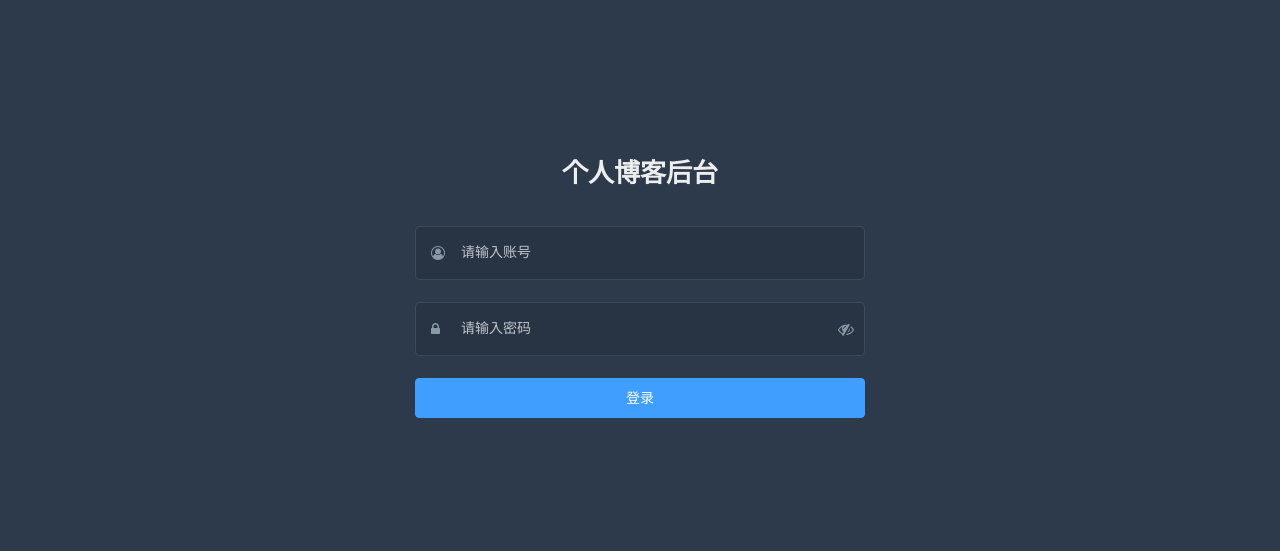
Repository: coWhy/blog-admin
Page: /#/login
These files come from the project's save history. The page is drawn as it stood at one moment and after the next save; the edit follows.
The browser window is 1280 px wide. The pictures show the whole page.
The page's requests for data from a server got no answer. The project was rebuilt for these pictures with package versions that can differ from the ones it lists, and the page was loaded fresh each time. No one was signed in, and anything a server would have sent is missing. Also part of the build but not shown: vue.config.js.

Above is the page before, as saved 2020-04-27 04:16:02.

### public/index.html
<!DOCTYPE html>
<html lang="en">
  <head>
    <meta charset="utf-8">
    <meta http-equiv="X-UA-Compatible" content="IE=edge">
    <meta name="viewport" content="width=device-width,initial-scale=1.0">
    <link rel="icon" href="<%= BASE_URL %>favicon.ico">
    <title><%= htmlWebpackPlugin.options.title %></title>
    <script type="text/javascript" src="./live2dw/lib/L2Dwidget.min.js"></script>
  </head>
  <body>
    <noscript>
      <strong>We're sorry but <%= htmlWebpackPlugin.options.title %> doesn't work properly without JavaScript enabled. Please enable it to continue.</strong>
    </noscript>
    <div id="app"></div>
    <!-- built files will be auto injected -->
  </body>
</html>

### src/main.js
import Vue from 'vue'
import App from './App.vue'
import router from './router'
import store from './store'
// 全局配置样式
import '@/assets/scss/reset.scss'
// 引入icon库
import '@/assets/font-awesome-4.7.0/css/font-awesome.css'
Vue.config.productionTip = false
// 第三方包
import ElementUI from 'element-ui'
import 'element-ui/lib/theme-chalk/index.css'
// 自定义注册全局插件
import http from '@/utils/http' // 自定义全局axios
Vue.use(ElementUI)
Vue.use(http)

new Vue({
  router,
  store,
  render: h => h(App)
}).$mount('#app')

### src/router/index.js
import Vue from 'vue'
import VueRouter from 'vue-router'
//当我们重复点击路由导航菜单的时候控制台会报错，错误的缘由是因为 vue-router 版本太新 解决办法
const originalPush = VueRouter.prototype.push
VueRouter.prototype.push = function push(location) {
  return originalPush.call(this, location).catch(err => err)
}
Vue.use(VueRouter)

const routes = [
  {
    path: '/login',
    name: 'login',
    component: () => import('@/views/login/index')
  },
  {
    path: '/',
    component: () => import('@/views/layout'),
    children: [
      {
        path: '/home',
        name: 'home',
        component: () => import('@/views/home')
      },
      {
        path: '/user',
        name: 'user',
        component: () => import('@/views/user')
      },
      {
        path: '/type',
        name: 'type',
        component: () => import('@/views/type')
      }
    ]
  }
]

const router = new VueRouter({
  routes
})

export default router

### src/store/index.js
import Vue from 'vue'
import Vuex from 'vuex'
import tag from './modules/tag'
import user from './modules/user'
Vue.use(Vuex)

export default new Vuex.Store({
  state: {},
  mutations: {},
  actions: {},
  modules: {
    tag,
    user
  }
})

### src/utils/http.js
// 自定义开发插件
import axios from 'axios'
import { getAccessToken } from '@/utils/auth'
import { MessageBox, Message } from 'element-ui'
const MyHttpServer = {}

MyHttpServer.install = Vue => {
  // 基准地址
  axios.defaults.baseURL = process.env.VUE_APP_BASE_API
  axios.defaults.timeout = 3000
  // 添加请求拦截器 token拦截
  axios.interceptors.request.use(
    config => {
      // 从cookie中拿出登录时候存放的访问token
      const accessToken = getAccessToken()
      if (accessToken) {
        config.headers['Authorization'] = accessToken
      }
      return config
    },
    error => {
      return Promise.reject(error)
    }
  )
  // 响应拦截
  axios.interceptors.response.use(
    response => {
      //  此处对不同状态码 进行不同的操作 比如404 跳转页面等
      const res = response.data
      // 假如访问不成功 就返回错误信息给前端 后端访问成功码为 0
      if (res.code && res.code !== 0) {
        Message({
          message: res.msg || '访问错误',
          type: 'error',
          duration: 5 * 1000
        })
      }

      return res
    },
    error => {
      return Promise.reject(error)
    }
  )
  Vue.prototype.$http = axios
}
export default MyHttpServer

### src/assets/scss/_variable.scss
// 全局配置样式 修改主题颜色
$theme-color: #33aef0;

// header部分
$header-bg-color:#626e85  // 头部背景色

### src/views/login/index.vue
<template>
  <div class="login-container">
    <el-form
      ref="loginForm"
      :model="loginForm"
      :rules="loginRules"
      class="login-form"
      auto-complete="on"
      label-position="left"
    >
      <div class="title-container">
        <h3 class="title">个人博客后台</h3>
      </div>

      <el-form-item prop="username">
        <span class="fa-container">
          <i class="fa fa-user-circle-o" aria-hidden="true"></i>
        </span>
        <el-input
          ref="username"
          v-model="loginForm.username"
          placeholder="请输入账号"
          name="username"
          type="text"
          tabindex="1"
          auto-complete="on"
        />
      </el-form-item>

      <el-form-item prop="password">
        <span class="fa-container">
          <i class="fa fa-lock" aria-hidden="true"></i>
        </span>
        <el-input
          :key="passwordType"
          ref="password"
          v-model="loginForm.password"
          :type="passwordType"
          placeholder="请输入密码"
          name="password"
          tabindex="2"
          auto-complete="on"
          @keyup.enter.native="handleLogin"
        />
        <span class="show-pwd" @click="showPwd">
          <i
            :class="
              passwordType === 'password' ? 'fa fa-eye-slash' : 'fa fa-eye'
            "
          />
        </span>
      </el-form-item>

      <el-button
        :loading="loading"
        type="primary"
        style="width:100%;margin-bottom:30px;"
        @click.native.prevent="handleLogin"
        >登录</el-button
      >
    </el-form>
  </div>
</template>

<script>
import { validUsername } from '@/utils/validate'

export default {
  name: 'Login',
  data() {
    const validateUsername = (rule, value, callback) => {
      if (!validUsername(value)) {
        callback(new Error('请输入用户名'))
      } else {
        callback()
      }
    }
    const validatePassword = (rule, value, callback) => {
      if (value.length < 5) {
        callback(new Error('密码不能小于6位数'))
      } else {
        callback()
      }
    }
    return {
      loginForm: {
        username: '',
        password: ''
      },
      loginRules: {
        username: [
          { required: true, trigger: 'blur', validator: validateUsername }
        ],
        password: [
          { required: true, trigger: 'blur', validator: validatePassword }
        ]
      },
      loading: false,
      passwordType: 'password',
      redirect: undefined
    }
  },
  watch: {
    $route: {
      handler: function(route) {
        this.redirect = route.query && route.query.redirect
      },
      immediate: true
    }
  },
  methods: {
    showPwd() {
      if (this.passwordType === 'password') {
        this.passwordType = ''
      } else {
        this.passwordType = 'password'
      }
      this.$nextTick(() => {
        this.$refs.password.focus()
      })
    },
    handleLogin() {}
  }
}
</script>

<style lang="scss">
$bg: #283443;
$light_gray: #fff;
$cursor: #fff;

@supports (-webkit-mask: none) and (not (cater-color: $cursor)) {
  .login-container .el-input input {
    color: $cursor;
  }
}

/* reset element-ui css */
.login-container {
  .el-input {
    display: inline-block;
    height: 47px;
    width: 85%;

    input {
      background: transparent;
      border: 0px;
      -webkit-appearance: none;
      border-radius: 0px;
      padding: 12px 5px 12px 15px;
      color: $light_gray;
      height: 47px;
      caret-color: $cursor;

      &:-webkit-autofill {
        box-shadow: 0 0 0px 1000px $bg inset !important;
        -webkit-text-fill-color: $cursor !important;
      }
    }
  }

  .el-form-item {
    border: 1px solid rgba(255, 255, 255, 0.1);
    background: rgba(0, 0, 0, 0.1);
    border-radius: 5px;
    color: #454545;
  }
}
</style>

<style lang="scss" scoped>
$bg: #2d3a4b;
$dark_gray: #889aa4;
$light_gray: #eee;

.login-container {
  min-height: 100%;
  width: 100%;
  background-color: $bg;
  overflow: hidden;

  .login-form {
    position: relative;
    width: 520px;
    max-width: 100%;
    padding: 160px 35px 0;
    margin: 0 auto;
    overflow: hidden;
  }

  .tips {
    font-size: 14px;
    color: #fff;
    margin-bottom: 10px;

    span {
      &:first-of-type {
        margin-right: 16px;
      }
    }
  }

  .fa-container {
    padding: 6px 5px 6px 15px;
    color: $dark_gray;
    vertical-align: middle;
    width: 30px;
    display: inline-block;
  }

  .title-container {
    position: relative;

    .title {
      font-size: 26px;
      color: $light_gray;
      margin: 0px auto 40px auto;
      text-align: center;
      font-weight: bold;
    }
  }

  .show-pwd {
    position: absolute;
    right: 10px;
    top: 7px;
    font-size: 16px;
    color: $dark_gray;
    cursor: pointer;
    user-select: none;
  }
}
</style>

### src/store/modules/tag.js
export default {
  state: {
    isCollapse: false, // 是否折叠菜单 默认展开
    menuList: [], // 菜单列表
    curMenu: null, // 点击选中的菜单
    tagList: [
      // 首页是不可关闭的
      {
        path: '/',
        name: 'home',
        title: '首页',
        icon: 'el-icon-s-home'
      }
    ] // 存放tags 点击后 就存到里面去
  },
  mutations: {
    /**
     * 将选中的menu赋值 给curMenu
     * @param {*} state
     * @param {*} selectedMenu 点击选中的菜单
     */
    getSelectedMenu(state, selectedMenu) {
      if (selectedMenu.name !== 'home') {
        state.curMenu = selectedMenu
        let result = state.tagList.findIndex(
          item => item.name === selectedMenu.name
        )
        if (result === -1) {
          // 没找到这个tag 就放进tagList
          state.tagList.push(selectedMenu)
        }
      } else {
        state.curMenu = null
      }
    },
    /**
     * 关闭已经打开的菜单
     * @param {*} state
     * @param {*} selectedTag 打开的菜单
     */
    closeSelectedTag(state, selectedTag) {
      let result = state.tagList.findIndex(
        item => item.name === selectedTag.name
      )
      state.tagList.splice(result, 1)
    },
    // 关闭 或 展开左侧菜单栏
    collapseAsideMenu(state) {
      state.isCollapse = !state.isCollapse
    }
  },
  actions: {}
}

### src/store/modules/user.js
import cookie from 'js-cookie'
export default {
  state: {
    accessToken: '', // 访问token
    refreshToken: '', // 刷新token
    username: '', // 用户名
    avatar: '' // 头像
  },
  mutations: {
    // 保存accessToken使用
    setAccessToken(state, accessToken) {
      state.accessToken = accessToken
      cookie.set('accessToken', accessToken)
    },
    getAccessToken(state) {
      state.accessToken = cookie.get('accessToken')
    },
    // 保存 refreshToken
    setRefreshToken(state, refreshToken) {
      state.refreshToken = refreshToken
      cookie.set('refreshToken', refreshToken)
    },
    getRefreshToken(state) {
      state.refreshToken = cookie.get('refreshToken')
    },
    // 保存用户名
    setUsername(state, username) {
      state.username = username
      cookie.set('username', username)
    },
    getUsername(state) {
      state.username = cookie.get('username')
    },
    //保存头像
    setAvatar(state, avatar) {
      state.avatar = avatar
      cookie.set('avatar', avatar)
    },
    getAvatar(state) {
      state.avatar = cookie.get('avatar')
    },
    // 清除tokens 退出时候使用
    clearTokens(state) {
      state.accessToken = ''
      state.refreshToken = ''
      state.username = ''
      state.refreshToken = ''
      cookie.remove('accessToken')
      cookie.remove('refreshToken')
      cookie.remove('username')
      cookie.remove('avatar')
    }
  }
}

### src/utils/auth.js
import cookie from 'js-cookie'
// 获取访问token
export function getAccessToken() {
  return cookie.get('accessToken')
}

Loaded but not shown: src/App.vue (common file); src/assets/scss/reset.scss (common file); src/assets/font-awesome-4.7.0/css/font-awesome.css (library); src/utils/validate.js (common file); public/live2dw/lib/L2Dwidget.min.js (library)

After the next save:
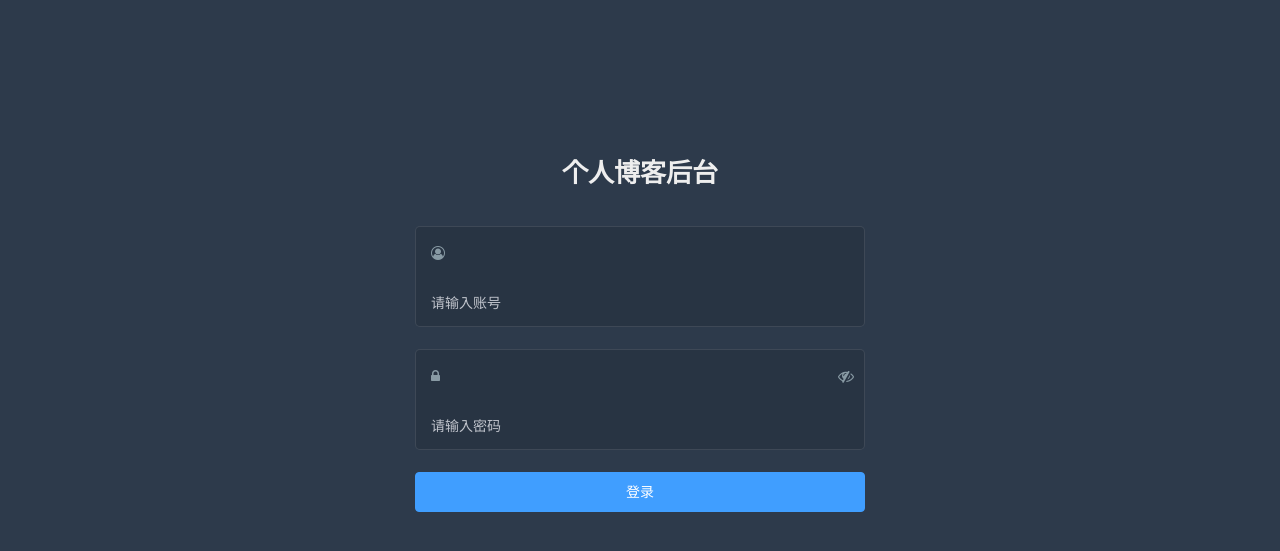
Saved 81 s later.
--- a/src/views/login/index.vue
+++ b/src/views/login/index.vue
@@ -141,7 +141,10 @@ $cursor: #fff;
     display: inline-block;
     height: 47px;
     width: 85%;
-
+    display: flex;
+    /* 弹性布局 */
+    justify-content: center;
+    align-items: center;
     input {
       background: transparent;
       border: 0px;
